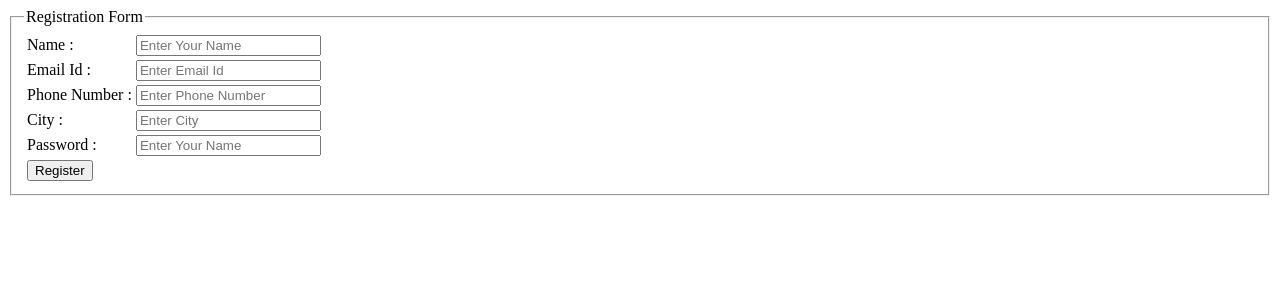
Repository: IshaanIJK/CdacProject
Page: eclipse-parking_mgmt/ParkingManagement/src/main/resources/static/index.html
These files come from the project's save history. The page is drawn as it stood at one moment and after the next save; the edit follows.
The browser window is 1280 px wide. The pictures show the whole page.

Above is the page before, as saved 2023-02-24 10:26:23.

### eclipse-parking_mgmt/ParkingManagement/src/main/resources/static/index.html
<!DOCTYPE html>
<html lang="en">

<head>
    <meta charset="UTF-8">
    <meta http-equiv="X-UA-Compatible" content="IE=edge">
    <meta name="viewport" content="width=device-width, initial-scale=1.0">
    <title>Parking Management System</title>
</head>

<body>
    <fieldset>
        <legend>Registration Form</legend>
        <form action="home.html" method="post">
            <table>
                <tr>
                    <td>
                        Name :
                    </td>
                    <td>
                        <input type="text" required placeholder="Enter Your Name" name="Name">
                    </td>
                </tr>

                <tr>
                    <td>
                        Email Id :
                    </td>
                    <td>
                        <input type="email" required placeholder="Enter Email Id" name="EmailId">
                    </td>
                </tr>

                <tr>
                    <td>
                        Phone Number :
                    </td>
                    <td>
                        <input type="text" required placeholder="Enter Phone Number" pattern="[0-9]{10}" maxlength="10"
                            title="Please enter a valid Phone Number" name="MobileNo">
                    </td>
                </tr>

                <tr>
                    <td>
                        City :
                    </td>
                    <td>
                        <input type="text" required placeholder="Enter City" name="City">
                    </td>
                </tr>

                <tr>
                    <td>
                        Password :
                    </td>
                    <td>
                        <input type="password" required placeholder="Enter Your Name" name="Name">
                    </td>
                </tr>

                <!-- <tr>
                    <td>
                        Vehicle Number :
                    </td>
                    <td>
                        <input type="text" required placeholder="Enter Vehicle Number" pattern="[A-Z]{2}[0-9]{2}[A-Z]{2}[0-9]{4}" maxlength="10"
                        title="Please Enter a valid Vehicle Number" name="vehicleno">
                    </td>
                </tr> -->

                <tr>
                    <td>
                        <input type="submit" value="Register">
                    </td>
                </tr>
            </table>
        </form>
    </fieldset>

</body>

</html>

After the next save:
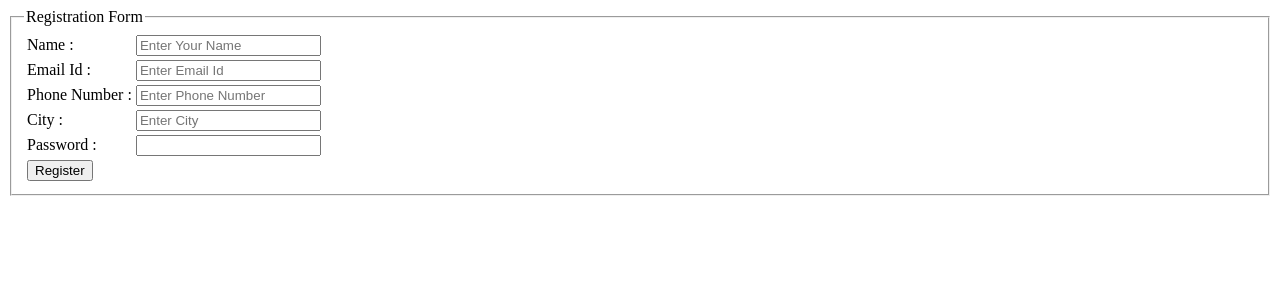
Saved 5 s later.
--- a/eclipse-parking_mgmt/ParkingManagement/src/main/resources/static/index.html
+++ b/eclipse-parking_mgmt/ParkingManagement/src/main/resources/static/index.html
@@ -55,7 +55,7 @@
                         Password :
                     </td>
                     <td>
-                        <input type="password" required placeholder="Enter Your Name" name="Name">
+                        <input type="password" required  name="Name">
                     </td>
                 </tr>
 
